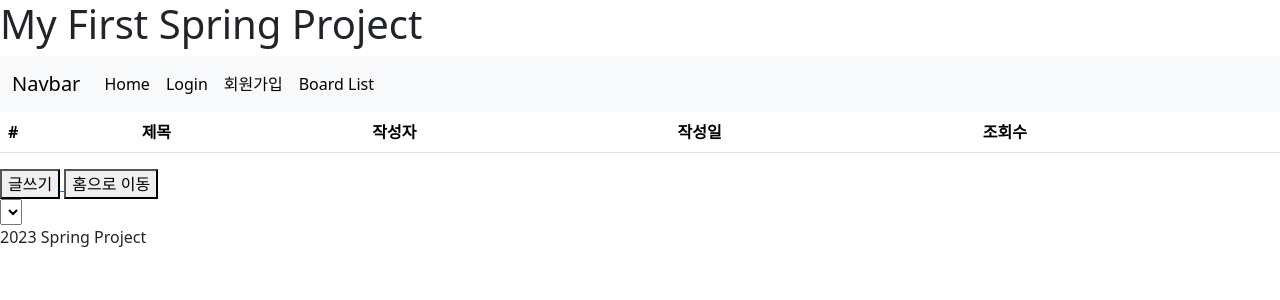
Repository: HongSeungBo/secondspring
Page: http://localhost/spring_test/WEB-INF/views/board/list.jsp
An editor plug-in stored every save of this project. The page is shown before and after the next save, followed by the edit.
The browser window is 1280 px wide. The pictures show the whole page.
The page is served by Tomcat 9. Nobody is signed in. Other server files are loaded and not shown. The template is opened directly, without the code that normally fills it, so the values that code supplies are empty.

Above is the page before, as saved 2023-10-10 07:18:24.

### spring test/src/main/webapp/WEB-INF/views/board/list.jsp
<%@ page language="java" contentType="text/html; charset=UTF-8"
    pageEncoding="UTF-8"%>
    <%@ taglib uri="http://java.sun.com/jsp/jstl/core" prefix="c" %>
<!DOCTYPE html>
<html>
<head>
<meta charset="UTF-8">
<title>Insert title here</title>
</head>
<body>
<jsp:include page="../layout/header.jsp"></jsp:include>

<table class="table table-hover">
	<thead>
		<tr>
			<th>#</th>
			<th>제목</th>
			<th>작성자</th>
			<th>작성일</th>
			<th>조회수</th>
		</tr>
	</thead>
	<tbody>
		<c:forEach items="${list }" var="list">
			<tr>
				<td><a href="/board/detail?bno=${list.bno }">${list.bno }</a></td>
				<td><a href="/board/detail?bno=${list.bno }">${list.title }</a></td>
				<td><a href="/board/detail?bno=${list.bno }">${list.writer }</a></td>
				<td><a href="/board/detail?bno=${list.bno }">${list.registerDate }</a></td>
				<td><a href="/board/detail?bno=${list.bno }">${list.read_count }</a></td>
			</tr>
		</c:forEach>
	</tbody>
</table>
<script type="text/javascript">
const isOk = `<c:out value="${isOk}" />`;
console.log(isOk);
if(isOk==1){
	alert("삭제완료");
}
</script>
	<a href="/board/register">
		<button type="button">글쓰기</button>
	</a>
	<a href="/">
		<button type="button">홈으로 이동</button>
	</a>

	<!-- 검색 라인 -->
	<form action="">
		<select name="type">
			<option name="typed">
		</select>
	</form>

<jsp:include page="../layout/footer.jsp"></jsp:include>
</body>
</html>

### spring test/src/main/webapp/WEB-INF/views/layout/header.jsp
<%@ page language="java" contentType="text/html; charset=UTF-8"
    pageEncoding="UTF-8"%>
    <%@ taglib prefix="c" uri="http://java.sun.com/jsp/jstl/core" %>
<!DOCTYPE html>
<html>
<head>
<meta charset="UTF-8">
<title>Insert title here</title>
<link href="https://cdn.jsdelivr.net/npm/bootstrap@5.3.1/dist/css/bootstrap.min.css" rel="stylesheet"
integrity="sha384-4bw+/aepP/YC94hEpVNVgiZdgIC5+VKNBQNGCHeKRQN+PtmoHDEXuppvnDJzQIu9" crossorigin="anonymous">
<script src="https://cdn.jsdelivr.net/npm/bootstrap@5.3.1/dist/js/bootstrap.bundle.min.js"
integrity="sha384-HwwvtgBNo3bZJJLYd8oVXjrBZt8cqVSpeBNS5n7C8IVInixGAoxmnlMuBnhbgrkm" crossorigin="anonymous"></script>
</head>
<body>
<h1> My First Spring Project </h1>
<nav class="navbar navbar-expand-lg bg-body-tertiary">
  <div class="container-fluid">
    <a class="navbar-brand" href="#">Navbar</a>
    <button class="navbar-toggler" type="button" data-bs-toggle="collapse" data-bs-target="#navbarSupportedContent" aria-controls="navbarSupportedContent" aria-expanded="false" aria-label="Toggle navigation">
      <span class="navbar-toggler-icon"></span>
    </button>
    <div class="collapse navbar-collapse" id="navbarSupportedContent">
      <ul class="navbar-nav me-auto mb-2 mb-lg-0">
        <li class="nav-item">
          <a class="nav-link active" aria-current="page" href="/">Home</a>
        </li>
        <c:if test="${ses.id eq null }">
	        <li class="nav-item">
	          <a class="nav-link active" aria-current="page" href="/member/login">Login</a>
	        </li>
        </c:if>
        <c:if test="${ses.id ne null }">
	        <li class="nav-item">
	          <a class="nav-link active" aria-current="page" href="logout">Logout</a>
	        </li>
        </c:if>
        <li class="nav-item">
          <a class="nav-link active" aria-current="page" href="/member/signUp">회원가입</a>
        </li>
        <c:if test="${ses.id ne null }">
	        <li class="nav-item">
	          <a class="nav-link active" aria-current="page" href="/board/register">REG</a>
	        </li>
        </c:if>
        <c:if test="${ses.id ne null }">
	        <li class="nav-item">
	          <a class="nav-link active" aria-current="page" href="/member/modify">회원정보 수정</a>
	        </li>
        </c:if>
        <li class="nav-item">
          <a class="nav-link active" aria-current="page" href="/board/list">Board List</a>
        </li>
        <!-- <li class="nav-item">
          <a class="nav-link" href="#">Link</a>
        </li>
        <li class="nav-item dropdown">
          <a class="nav-link dropdown-toggle" href="#" role="button" data-bs-toggle="dropdown" aria-expanded="false">
            Dropdown
          </a>
          <ul class="dropdown-menu">
            <li><a class="dropdown-item" href="#">Action</a></li>
            <li><a class="dropdown-item" href="#">Another action</a></li>
            <li><hr class="dropdown-divider"></li>
            <li><a class="dropdown-item" href="#">Something else here</a></li>
          </ul>
        </li>
        <li class="nav-item">
          <a class="nav-link disabled" aria-disabled="true">Disabled</a>
        </li>
      </ul>
      <form class="d-flex" role="search">
        <input class="form-control me-2" type="search" placeholder="Search" aria-label="Search">
        <button class="btn btn-outline-success" type="submit">Search</button> -->
      </form>
    </div>
  </div>
</nav>

### spring test/src/main/webapp/WEB-INF/views/layout/footer.jsp
<%@ page language="java" contentType="text/html; charset=UTF-8"
    pageEncoding="UTF-8"%>
<!DOCTYPE html>
<html>
<head>
<meta charset="UTF-8">
<title>Insert title here</title>
</head>
<body>
<div> 2023 Spring Project </div>
</body>
</html>

After the next save:
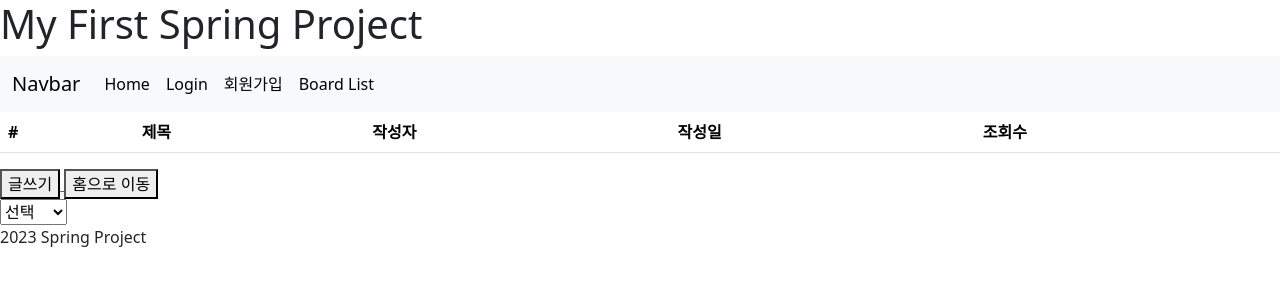
Saved 43 s later.
--- a/spring test/src/main/webapp/WEB-INF/views/board/list.jsp
+++ b/spring test/src/main/webapp/WEB-INF/views/board/list.jsp
@@ -49,7 +49,10 @@ if(isOk==1){
 	<!-- 검색 라인 -->
 	<form action="">
 		<select name="type">
-			<option name="typed">
+			<option name="typed">선택</option>
+			<option name="typed" value="t">제목</option>
+			<option name="typed" value="w">작성자</option>
+			<option name="typed" value="c">내용</option>
 		</select>
 	</form>
 
